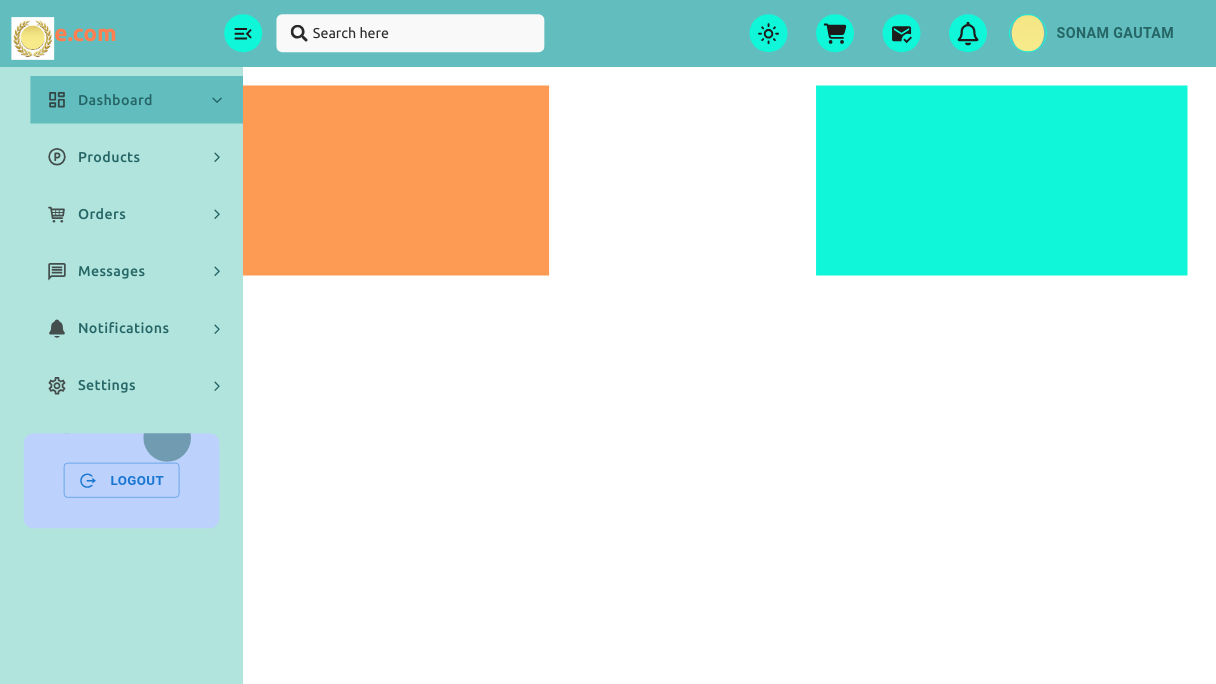
Repository: gautamsonam011/admin-react-dashboard
Page: /
These files come from the project's save history. The page is drawn as it stood at one moment and after the next save; the edit follows.
The browser window is 1280 px wide. The pictures show the whole page, at 95% of full size.
The project was rebuilt for these pictures with package versions that can differ from the ones it lists, and the page was loaded fresh each time.

Above is the page before, as saved 2025-04-16 12:56:02.

After the next save:
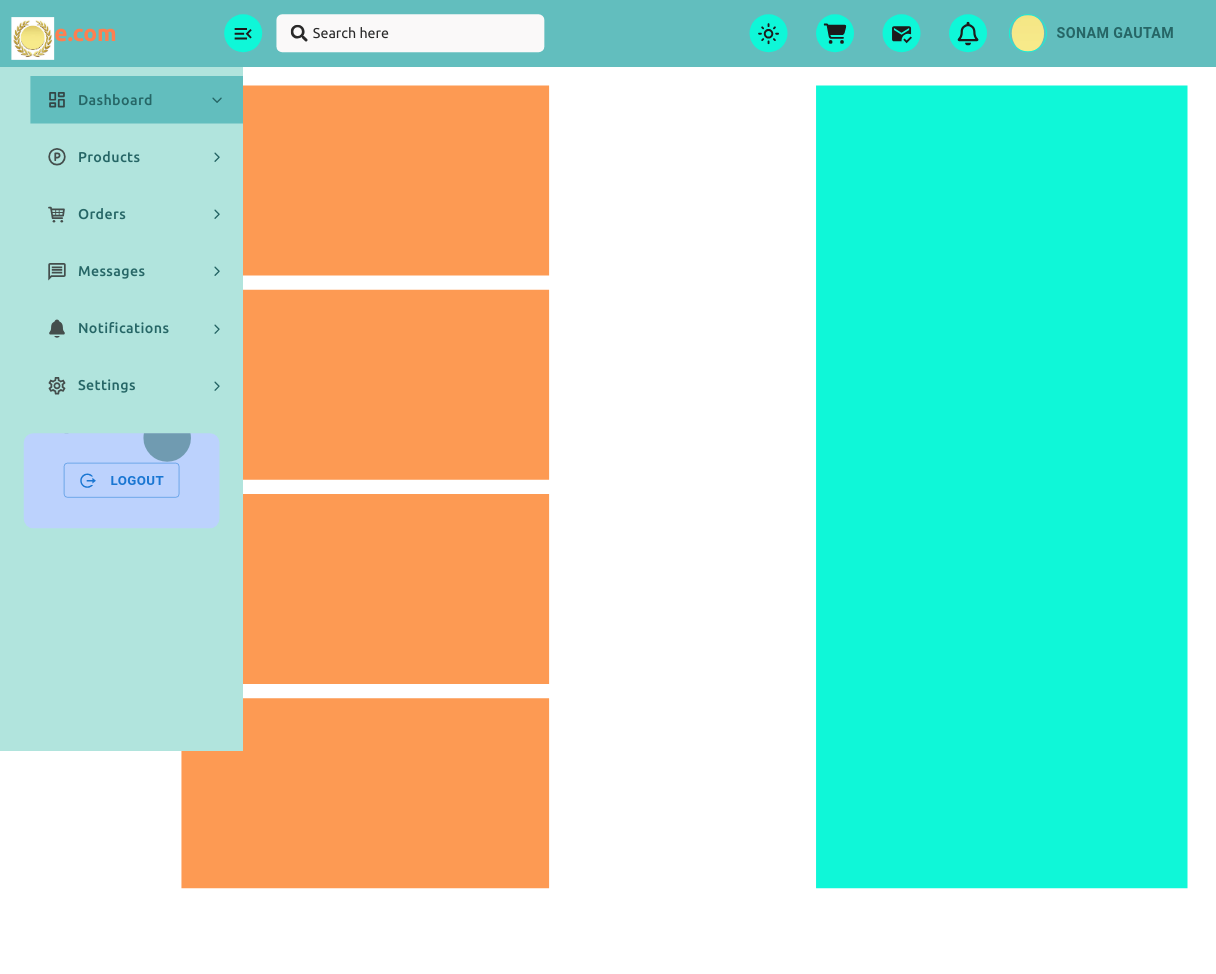
Saved 11 s later.
--- a/src/pages/Dashboard/Dashboard.jsx
+++ b/src/pages/Dashboard/Dashboard.jsx
@@ -6,6 +6,9 @@ const Dashboard = () => {
             <div className="row dashboardBoxWrapperRow ">
                 <div className="col-md-8">
                     <div className="dashboardBoxWrapper d-flex">
+                        <DashboardBox color={["#000", "#ccc"]} />
+                        <DashboardBox color={["#000", "#ccc"]} />
+                        <DashboardBox color={["#000", "#ccc"]} />
                         <DashboardBox color={["#000", "#ccc"]} />
 
                     </div>

After the save that followed:
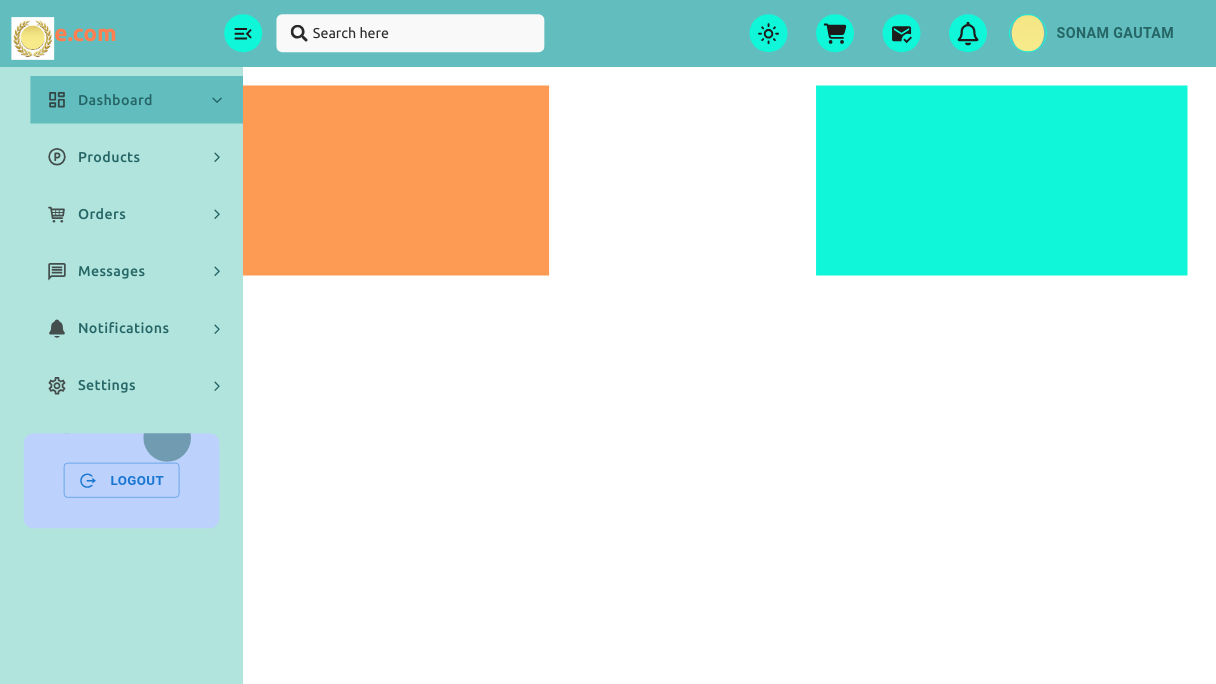
Saved 17 s later.
--- a/src/pages/Dashboard/Dashboard.jsx
+++ b/src/pages/Dashboard/Dashboard.jsx
@@ -6,9 +6,6 @@ const Dashboard = () => {
             <div className="row dashboardBoxWrapperRow ">
                 <div className="col-md-8">
                     <div className="dashboardBoxWrapper d-flex">
-                        <DashboardBox color={["#000", "#ccc"]} />
-                        <DashboardBox color={["#000", "#ccc"]} />
-                        <DashboardBox color={["#000", "#ccc"]} />
                         <DashboardBox color={["#000", "#ccc"]} />
 
                     </div>
